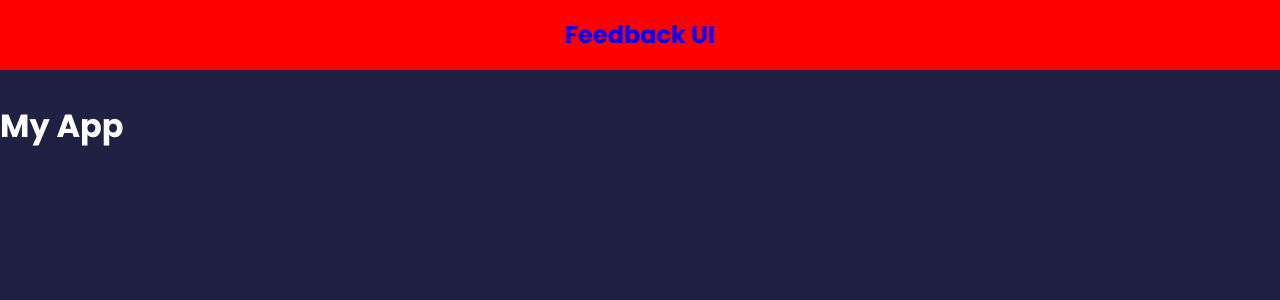
Repository: haokiet2501/feedback-app
Page: /
An editor plug-in stored every save of this project. The page is shown before and after a run of saves, followed by the edit.
The browser window is 1280 px wide. The pictures show the whole page.
The project was rebuilt for these pictures with package versions that can differ from the ones it lists, and the page was loaded fresh each time.

Above is the page before, as saved 2022-02-23 09:07:06.

After the next 2 saves:
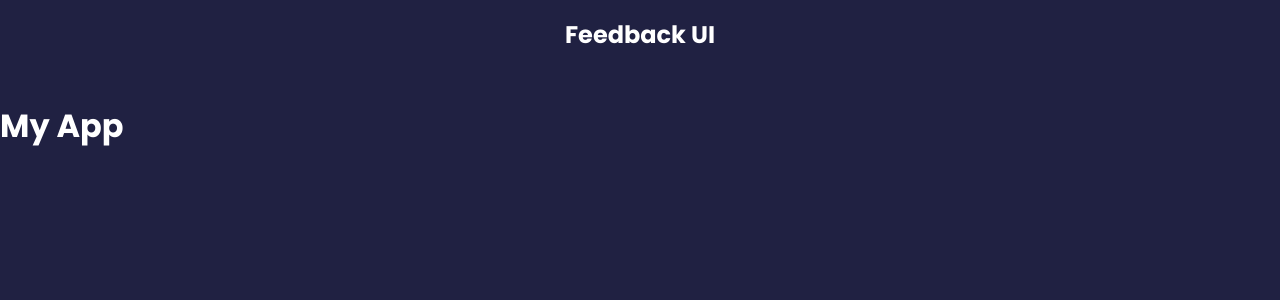
The 2 saves are shown as one change because they came seconds apart.
The last was saved 46 s later.
--- a/src/App.js
+++ b/src/App.js
@@ -3,7 +3,7 @@ import Header from "./components/Header"
 function App() {
     return (
         <>
-            <Header bgColor='red' textColor='blue' />
+            <Header />
             <div className="contianer">
                 <h1>My App</h1>
             </div>
